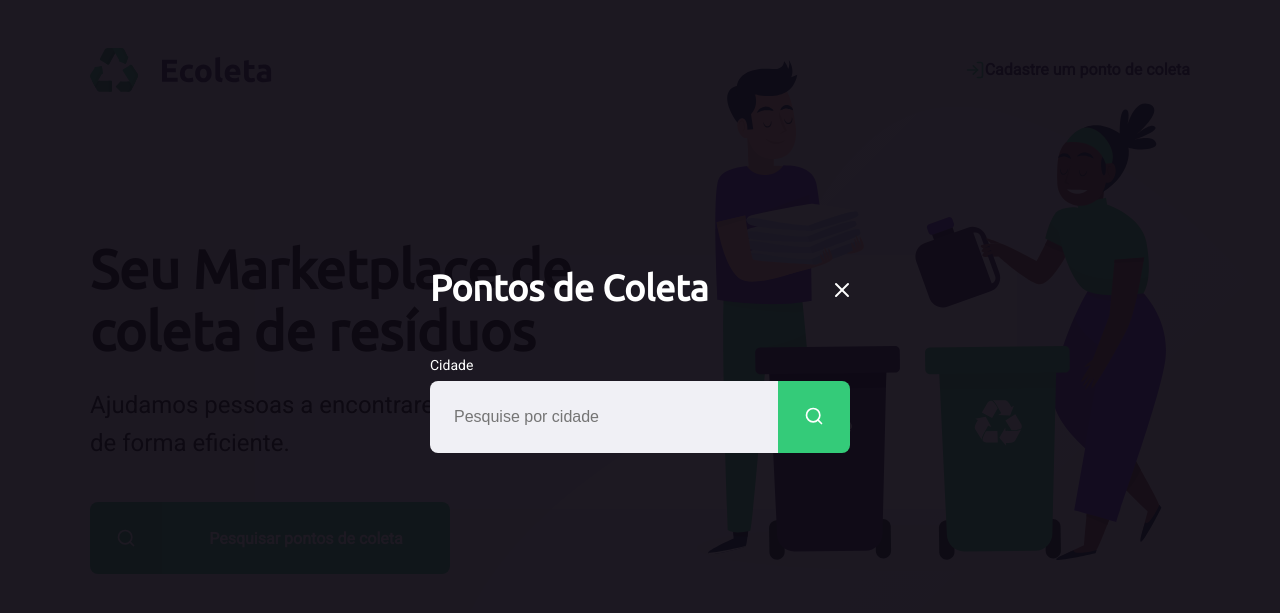
Repository: ivobass/NextLevelWeek
Page: index.html
An editor plug-in stored every save of this project. The page is shown before and after the next save, followed by the edit.
The browser window is 1280 px wide. The pictures show the whole page.

Above is the page before, as saved 2020-06-03 23:05:03.

After the next save:
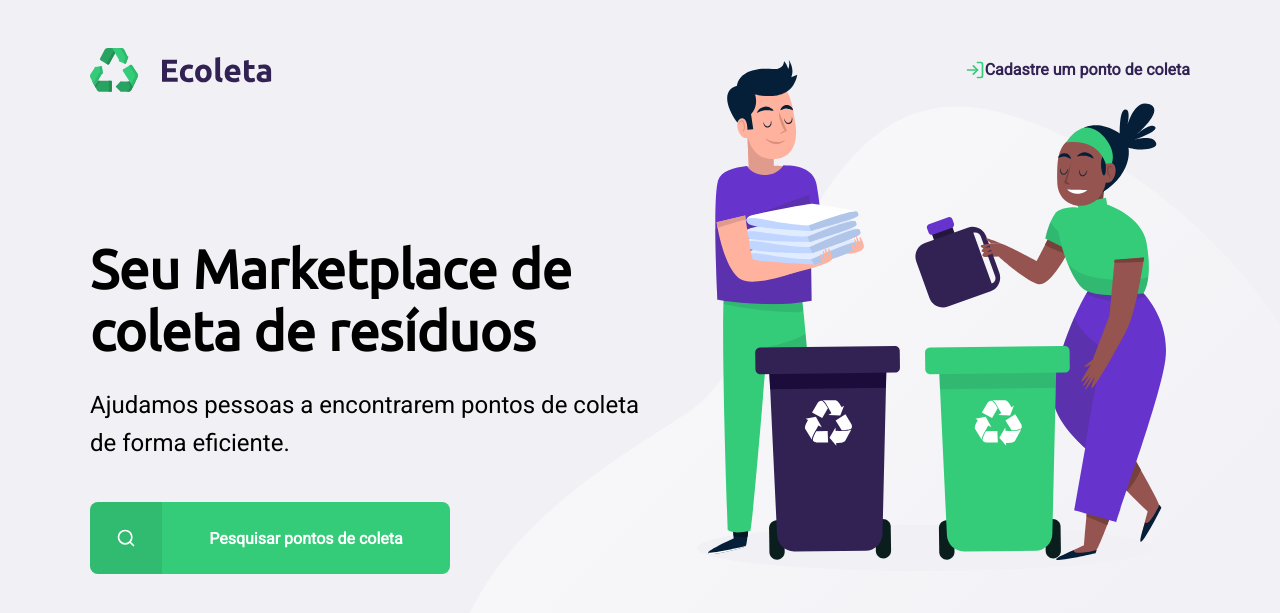
Saved 60 s later.
--- a/styles/modal.css
+++ b/styles/modal.css
@@ -8,6 +8,10 @@
     justify-content: center;
     align-items: center;
     transition: 400ms;
+}
+
+#modal.hide {
+    display: none;
 }
 
 #modal .content {
